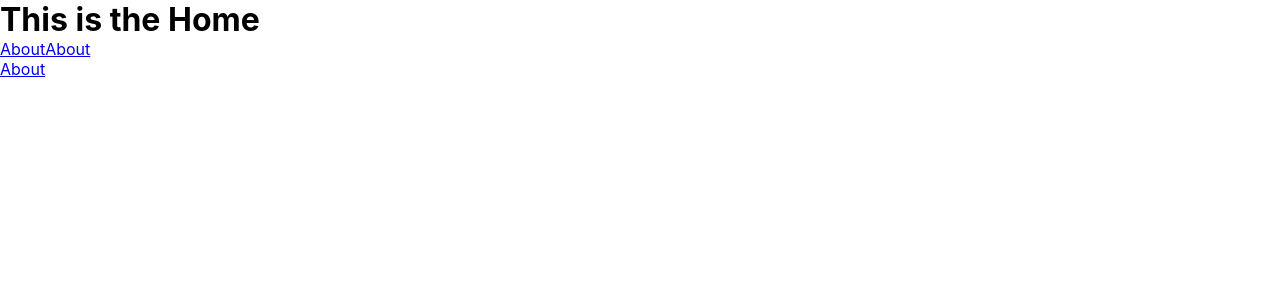
Repository: exiled-kal/google.com
Page: /
An editor plug-in stored every save of this project. The page is shown before and after the next save, followed by the edit.
The browser window is 1280 px wide. The pictures show the whole page.
The project was rebuilt for these pictures with package versions that can differ from the ones it lists, and the page was loaded fresh each time. Also part of the build but not shown: src/App.css, src/pages/Home.css.

Above is the page before, as saved 2020-08-22 22:04:03.

### src/index.css
* {
  margin: 0;
}


body {
  margin: 0;
  font-family: -apple-system, BlinkMacSystemFont, 'Segoe UI', 'Roboto', 'Oxygen',
    'Ubuntu', 'Cantarell', 'Fira Sans', 'Droid Sans', 'Helvetica Neue',
    sans-serif;
  -webkit-font-smoothing: antialiased;
  -moz-osx-font-smoothing: grayscale;
}

code {
  font-family: source-code-pro, Menlo, Monaco, Consolas, 'Courier New',
    monospace;
}

### src/App.js
import React from 'react';

import './App.css';
import Home from './pages/Home';
import {BrowserRouter as Router, Switch, Route} from 'react-router-dom';

function App() {
  return (
    <div className="app">
      <Router>
        <Switch>
          <Route path="/search">
            <h1>This is the search page</h1>
          </Route>
          <Route path="/">
            <Home />
          </Route>
        </Switch>
      </Router>
    </div>
  );
}

export default App;

### src/pages/Home.js
import React from 'react';
import './Home.css';
import {Link} from 'react-router-dom';

function Home() {
  return (
    <div className="home">
      <h1>This is the Home</h1>
      <div className="home__header">
        <div className="home__headerLeft">
          <Link to="about">About</Link>
          <Link to="about">About</Link>
          {/* Link */}
        </div>
        <div className="home__headerRight">
        <Link to="about">About</Link>
          {/* Link */}
          {/* Icon */}
          {/* Avatar */}
        </div>
      </div>
      <div className="home__body"></div>
    </div>
  );
}

export default Home;

Loaded but not shown: public/index.html (common file); src/index.js (common file); src/serviceWorker.js (common file)

After the next save:
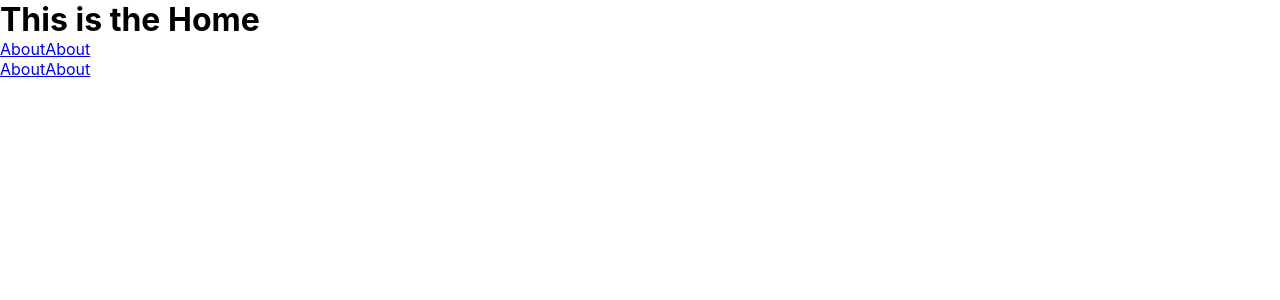
Saved 4 s later.
--- a/src/pages/Home.js
+++ b/src/pages/Home.js
@@ -13,8 +13,8 @@
           {/* Link */}
         </div>
         <div className="home__headerRight">
-        <Link to="about">About</Link>
-          {/* Link */}
+          <Link to="about">About</Link>
+          <Link to="about">About</Link>
           {/* Icon */}
           {/* Avatar */}
         </div>
